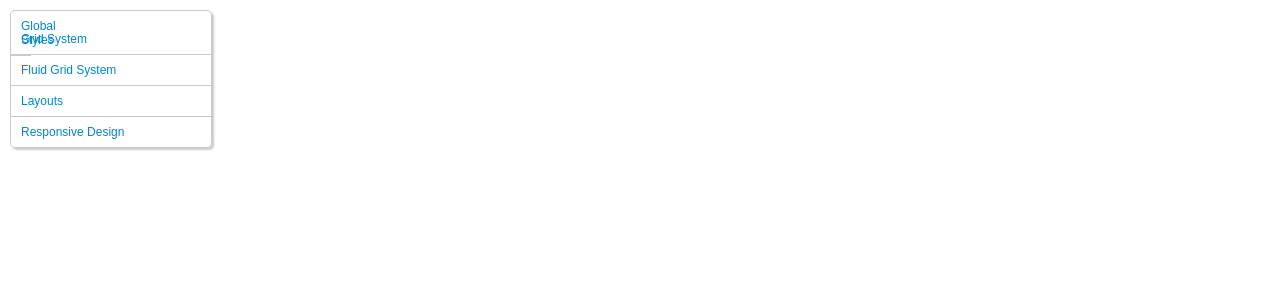
Repository: Sakivaday/UI-TSQ
Page: Aptana Studio 3 Workspace/tsq/assignment3/nav.html
An editor plug-in stored every save of this project. The page is shown before and after the next save, followed by the edit.
The browser window is 1280 px wide. The pictures show the whole page.
Pictures or frames that could not be fetched are drawn as grey boxes.

Above is the page before, as saved 2015-01-16 20:15:32.

### Aptana Studio 3 Workspace/tsq/assignment3/nav.html
<!DOCTYPE html>
<html lang="en">
	<head>
		<title>NavTest</title>


        <link href ="navstyle.css"  rel="stylesheet" type="text/css" media="all"/>
	</head>

	<body>
		<div class="side-nav">
            <ul>

                <li class="pic"><a href="#">Global Styles</a></li>


            <li><a href="#">Grid System</a></li>

            <li><a href="#">Fluid Grid System</a></li>

            <li><a href="#">Layouts</a></li>

            <li><a href="#">Responsive Design</a></li>
            </ul>
        </div>
	</body>
</html>

### Aptana Studio 3 Workspace/tsq/assignment3/navstyle.css
body{
    font:12px "Arial";

}
*{
margin:0px;
padding:0px;
}
a{
text-decoration:none;
color:#0088cc;
}
.side-nav{
border:1px solid #cacaca;
width:200px;
margin:10px;
border-radius:5px;
box-shadow:2px 2px 2px #cacaca;
}
.side-nav ul{

list-style:none;
}
.side-nav ul li a{
    border-bottom:1px solid #cacaca;
    display:block;
    padding:8px 10px;
}
.side-nav ul li a:hover{
    background-color:#f5f5f5;
}
.side-nav ul li:last-child a{
    border-bottom:0px none;
}
h1{
    cursor:pointer;
}
.pic{
	background: url('pictures/icons.png') no-repeat;
width:8px;
height:13px;
background-position: -460px -74px;
}

After the next save:
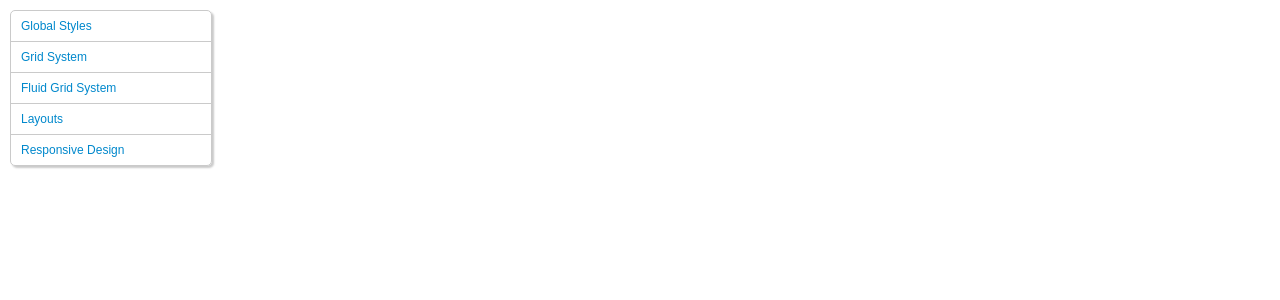
Saved 107 s later.
--- a/Aptana Studio 3 Workspace/tsq/assignment3/navstyle.css
+++ b/Aptana Studio 3 Workspace/tsq/assignment3/navstyle.css
@@ -35,7 +35,7 @@
 h1{
     cursor:pointer;
 }
-.pic{
+.side-nave ul .pic{
 	background: url('pictures/icons.png') no-repeat;
 width:8px;
 height:13px;

After the 3 saves that followed:
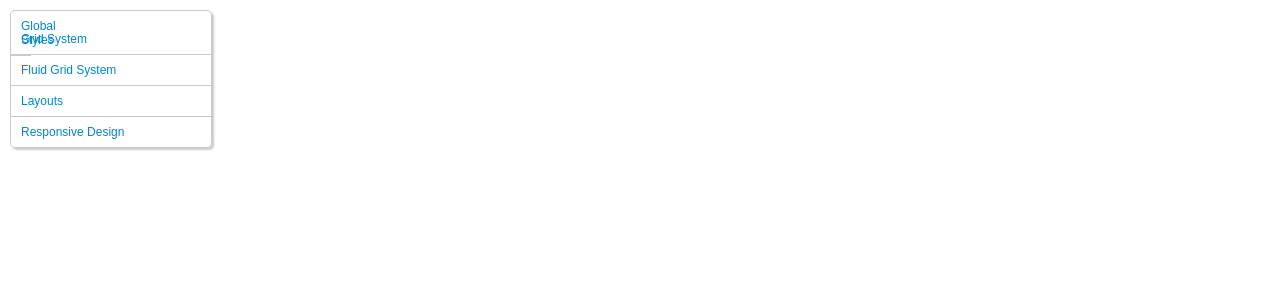
The 3 saves are shown as one change because 2 left the picture as it was.
The last was saved 3 min 23 s later.
--- a/Aptana Studio 3 Workspace/tsq/assignment3/navstyle.css
+++ b/Aptana Studio 3 Workspace/tsq/assignment3/navstyle.css
@@ -35,7 +35,7 @@
 h1{
     cursor:pointer;
 }
-.side-nave ul .pic{
+.side-nav ul .pic{
 	background: url('pictures/icons.png') no-repeat;
 width:8px;
 height:13px;
